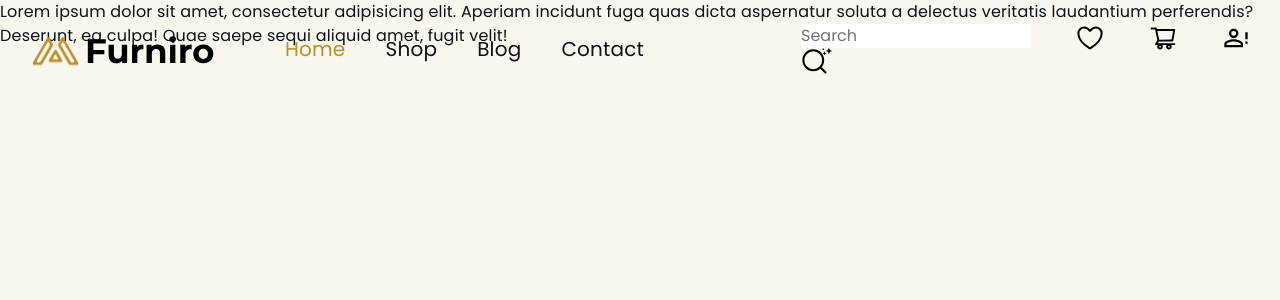
Repository: binhphanbp/furniro-interior_website
Page: index.html
An editor plug-in stored every save of this project. The page is shown before and after the next save, followed by the edit.
The browser window is 1280 px wide. The pictures show the whole page.

Above is the page before, as saved 2025-02-19 23:50:10.

### index.html
<!DOCTYPE html>
<html lang="en">
  <head>
    <meta charset="UTF-8" />
    <meta name="viewport" content="width=device-width, initial-scale=1.0" />
    <title>Furniro</title>

    <!-- Favicon -->
    <link rel="shortcut icon" href="./icons/favicon.ico" type="image/x-icon" />
    <link rel="icon" href="./icons/favicon.ico" type="image/x-icon" />

    <!-- Link CSS -->
    <link rel="stylesheet" href="./src/assets/styles/main.css" />
  </head>
  <body class="homepage">
    <!-- PROGRESS BAR -->
    <div class="progress-container">
      <div class="progress-bar"></div>
    </div>

    <!-- HEADER -->

    <header class="header">
      <div class="container">
        <nav class="header__menu">
          <a class="header__logo" href="#">
            <img src="./icons/furniro-logo-type.svg" alt="logo-furniro" />
          </a>
          <ul class="header__menu-list">
            <li>
              <a href="#" class="--active">home</a>
            </li>
            <li>
              <a href="./src/pages/shop.html">shop</a>
            </li>
            <li>
              <a href="./src/pages/blog.html">blog</a>
            </li>
            <li>
              <a href="./src/pages/contact.html">contact</a>
            </li>
          </ul>
        </nav>
        <ul class="header__icons">
          <li class="header__icons-item">
            <input type="text" placeholder="Search" />
            <img src="./icons/icon-search.svg" alt="icon-search" />
          </li>
          <li class="header__icons-item">
            <a href="#">
              <img src="./icons/icon-heart.svg" alt="icon-heart" />
            </a>
          </li>
          <li class="header__icons-item">
            <a href="./src/pages/cart.html">
              <img src="./icons/icon-cart.svg" alt="icon-cart"
            /></a>
          </li>
          <li class="header__icons-item">
            <a href="#">
              <img src="./icons/icon-account-alert.svg" alt="icon-account" />
            </a>
          </li>
        </ul>
      </div>
    </header>

    <!-- MAIN -->
    <main class="main">
      <p>
        Lorem ipsum dolor sit amet, consectetur adipisicing elit. Aperiam
        incidunt fuga quas dicta aspernatur soluta a delectus veritatis
        laudantium perferendis? Deserunt, ea culpa! Quae saepe sequi aliquid
        amet, fugit velit!
      </p>
      <!-- Section Hero -->
      <section class="schero">
        <div class="container"></div>
      </section>

      <!-- Section Menu -->
      <section class="scmenu">
        <div class="container"></div>
      </section>

      <!-- Section Services -->
      <section class="scservices">
        <div class="container"></div>
      </section>

      <!-- Section Delivery -->
      <section class="scdelivery">
        <div class="container"></div>
      </section>

      <!-- Section Our Customers -->
      <section class="sccustomers">
        <div class="container"></div>
      </section>

      <!-- Section Our Blog -->
      <section class="scblog">
        <div class="container"></div>
      </section>
    </main>

    <!-- FOOTER -->
    <footer class="footer">
      <div class="container"></div>
    </footer>

    <!-- JavaScript -->
    <script type="module" src="./src/scripts/main.js"></script>
  </body>
</html>

### src/assets/styles/main.css
/* Reset CSS */
@import './base/reset.css';

/* Font */
@import './base/variables.css';
@import './base/fonts.css';

/* Layouts (General Structure) */
@import './base/layouts.css';

/* Components */
@import './components/header.css';
@import './components/footer.css';
@import './components/components.css';

/* Pages */
@import './pages/home.css';
@import './pages/shop.css';
@import './pages/shop-details.css';
@import './pages/cart.css';
@import './pages/checkout.css';
@import './pages/product-comparison.css';
@import './pages/blog.css';
@import './pages/contact.css';

### src/assets/styles/base/reset.css
* {
  margin: 0;
  padding: 0;
  border: 0;
  font-size: 100%;
  font: inherit;
  vertical-align: baseline;
  box-sizing: border-box;
}
body {
  line-height: 1;
}
ol,
ul {
  list-style: none;
}
blockquote,
q {
  quotes: none;
}
blockquote:before,
blockquote:after,
q:before,
q:after {
  content: '';
  content: none;
}
table {
  border-collapse: collapse;
  border-spacing: 0;
}
img,
object,
embed {
  max-width: 100%;
}

a {
  text-decoration: none;
  outline: 0;
}
strong {
  font-family: db;
}
sub {
  vertical-align: sub;
  font-size: smaller;
}
sup {
  vertical-align: super;
  font-size: smaller;
}

### src/assets/styles/base/variables.css
:root {
  /* Page Setting Variables */
  --max-width-page: 2560px;
  --max-width-container-fluid: 1920px;
  --max-width-container: calc(1236px + calc(var(--gap) * 2));

  --gap: 30px;
  --pd-left-right: 20px;

  /* Color Variables */
  --primary-cl: #b88e2f;
  --primary-cl-hover: #d3ac51;
  --secondary-cl: #fff3e3;
  --tertiary-cl: #f3e9dc;

  --white-page-cl: #f9f6ee;
  --black-cl: #0b1215;

  --gray-dark-cl: #898989;
  --gray-light-cl: #9f9f9f;
  --product-hover: #3a3a3a;

  --red-cl: #e97171;
  --green-cl: #2ec1ac;
  --purple-cl: #816dfa;

  /* Font-size, Line-height, Letter-spacing Variables: */
  --fs-h1: 5.6rem;
  --lh-h1: 6.5rem;
  --ls-h1: 2px;

  --fs-h2: 4rem;
  --lh-h2: 4.8rem;
  --ls-h2: 0.25px;

  --fs-h3: 2.4rem;
  --lh-h3: 2.8rem;
  --ls-h3: 0.1px;

  --fs-text-button: 1.6rem;
  --lh-text-button: 2.4rem;
  --ls-text-button: 0.2px;

  --fs-body: 1.6rem;
  --lh-body: 2.4rem;
  --ls-body: 0.2px;

  /* Fonts: */
  --font-body: ppr;
  --font-body-light: ppl;
  --font-body-medium: ppm;
  --font-body-semibold: ppsb;
  --font-body-bold: ppb;

  /* General Variables */
  --height-header: 100px;
  --height-footer: 505px;
  --height-button: 48px;
  --height-button-medium: 64px;
  --height-button-large: 74px;
  --pd-section: 60px;

  /* Timing Transition Variables: */
  --duration: 0.4s;
  --cubic: cubic-bezier(0.59, 0.29, 0.15, 0.93);
}

### src/assets/styles/base/fonts.css
@font-face {
  font-family: 'ppl';
  src: url('../../fonts/Poppins-Light.woff2') format('woff2'),
    url('../../fonts/Poppins-Light.woff') format('woff');
  font-weight: 300;
  font-style: normal;
  font-display: swap;
}

@font-face {
  font-family: 'ppr';
  src: url('../../fonts/Poppins-Regular.woff2') format('woff2'),
    url('../../fonts/Poppins-Regular.woff') format('woff');
  font-weight: normal;
  font-style: normal;
  font-display: swap;
}

@font-face {
  font-family: 'ppm';
  src: url('../../fonts/Poppins-Medium.woff2') format('woff2'),
    url('../../fonts/Poppins-Medium.woff') format('woff');
  font-weight: 500;
  font-style: normal;
  font-display: swap;
}

@font-face {
  font-family: 'ppsb';
  src: url('../../fonts/Poppins-SemiBold.woff2') format('woff2'),
    url('../../fonts/Poppins-SemiBold.woff') format('woff');
  font-weight: 600;
  font-style: normal;
  font-display: swap;
}

@font-face {
  font-family: 'ppb';
  src: url('../../fonts/Poppins-Bold.woff2') format('woff2'),
    url('../../fonts/Poppins-Bold.woff') format('woff');
  font-weight: bold;
  font-style: normal;
  font-display: swap;
}

### src/assets/styles/base/layouts.css
html {
  font-size: 62.5%;

  scroll-behavior: smooth;

  /* CUSTOM SCROLLBAR */
  /* width */
  ::-webkit-scrollbar {
    width: 10px;
  }
  /* Track */
  ::-webkit-scrollbar-track {
    background: var(--gray-light-cl);
  }
  /* Handle */
  ::-webkit-scrollbar-thumb {
    background: var(--primary-cl);
    border-radius: 40px;
  }
  /* Handle on hover */
  ::-webkit-scrollbar-thumb:hover {
    background: var(--gray-dark-cl);
  }

  /* Custom background-color text selection */
  ::-moz-selection {
    color: var(--white-page-cl);
    background: var(--primary-cl);
  }
  ::selection {
    color: var(--white-page-cl);
    background: var(--primary-cl);
  }
}

body {
  background-color: var(--white-page-cl);
  width: 100%;
  max-width: var(--max-width-page);
  margin: auto;

  color: var(--black-cl);
  font-family: var(--font-body);
  font-size: var(--fs-body);
  line-height: var(--lh-body);
  letter-spacing: var(--ls-body);
}

.container-fluid {
  width: 100%;
  max-width: var(--max-width-container-fluid);
  padding-right: var(--gap);
  padding-left: var(--gap);
  margin-right: auto;
  margin-left: auto;
  position: relative;
}

.container {
  width: 100%;
  max-width: var(--max-width-container);
  padding-right: var(--gap);
  padding-left: var(--gap);
  margin-right: auto;
  margin-left: auto;
  position: relative;
}

.main {
  position: relative;
}

section .ptb {
  padding: var(--pd-section) 0;
}
section .pt {
  padding: var(--pd-section);
}
section .pb {
  padding: var(--pd-section);
}

### src/assets/styles/components/header.css
.header {
  position: absolute;
  top: 0;
  z-index: 3;
  width: 100%;
  max-width: var(--max-width-page);
  height: var(--height-header);
}

.header .container {
  display: flex;
  align-items: center;
  justify-content: space-between;
  height: 100%;
}

.header .header__menu {
  display: flex;
  align-items: center;
  gap: 50px;
}

/* Header Menu */
.header .header__menu .header__menu-list {
  display: flex;
}

.header .header__menu .header__menu-list li a {
  padding: 8px var(--pd-left-right);
  text-transform: capitalize;
  font-size: 2rem;
  color: var(--black-cl);
  text-wrap: nowrap;
  cursor: pointer;

  transition: var(--duration);
  -webkit-transition: var(--duration);
  -moz-transition: var(--duration);
  -ms-transition: var(--duration);
  -o-transition: var(--duration);
}
.header .header__menu .header__menu-list li a:hover,
.header .header__menu .header__menu-list li a.--active {
  color: var(--primary-cl);
}

.header .header__menu .header__menu-list li a::after {
  content: '';
  display: block;
  /* width: calc(100% - calc(var(--padding-lf) * 2)); */
  width: 0;
  height: 2px;
  background-color: var(--primary-cl);
  position: absolute;
  bottom: 0;
  left: 50%;
  transform: translateX(-50%);

  transition: var(--duration);
  -webkit-transition: var(--duration);
  -moz-transition: var(--duration);
  -ms-transition: var(--duration);
  -o-transition: var(--duration);
}
.header .header__menu .header__menu-list li a::after:hover,
.header .header__menu .header__menu-list li a::after.--active {
  width: calc(100% - calc(var(--pd-left-right) * 2));
}

/* Header Icons */
.header .header__icons {
  display: flex;
  gap: 45px;
}

### src/assets/styles/components/components.css
img {
  max-width: 100%;
  -webkit-user-select: none;
  -moz-user-select: none;
  -ms-user-select: none;
  user-select: none;
  display: block;
  outline: 0;
  object-fit: contain;
}

img .--center {
  margin: 0 auto;
  display: block;
}

.--hidden {
  display: none;
}

.--disable-scroll {
  height: 100vh;
  overflow: hidden;
}

/* Progress Bar */
.progress-container {
  position: fixed;
  top: 0;
  left: 0;
  width: 100%;
  height: 5px;
  background: var(--white-page-cl);
}

.progress-bar {
  height: 100%;
  background: var(--primary-cl);
  width: 0%;

  /* Scroll-driven animation */
  animation: grow linear;
  animation-timeline: scroll();
}

@keyframes grow {
  from {
    width: 0%;
  }
  to {
    width: 100%;
  }
}

/* Heading */
.heading {
  font-family: prb;
  color: var(--black-cl);
  text-transform: uppercase;
}
.heading .--h1 {
  font-size: var(--fs-h1);
  line-height: var(--lh-h1);
  letter-spacing: var(--ls-h1);
}
.heading .--h2 {
  font-size: var(--fs-h2);
  line-height: var(--lh-h2);
  letter-spacing: var(--ls-h2);
}
.heading .--h3 {
  font-size: var(--fs-h3);
  line-height: var(--lh-h3);
  letter-spacing: var(--ls-h3);
}
.heading .--primary-cl {
  color: var(--primary-cl);
}
.heading .--gray-light-cl {
  color: var(--gray-light-cl);
}

.textbutton {
  font-family: var(--font-body-semibold);
  font-size: var(--fs-text-button);
  line-height: var(--lh-text-button);
  letter-spacing: var(--ls-text-button);
}
/* Textbox */
.textbox .--align-center {
  text-align: center;
}

.textbox .desc {
  margin-top: 10px;
  color: var(--gray-dark-cl);
}

/* BUTTON */
.btn {
  display: inline-flex;
  align-items: center;
  justify-content: center;
  gap: 10px;
  padding: 0 36px;

  height: var(--height-button);
  font-family: var(--font-body-semibold);
  border: var(--primary-cl) solid 1px;
  background-color: var(--primary-cl);
  color: var(--white-page-cl);

  white-space: nowrap;
  cursor: pointer;
  transition: var(--duration);
  -webkit-transition: var(--duration);
  -moz-transition: var(--duration);
  -ms-transition: var(--duration);
  -o-transition: var(--duration);
}
.btn:hover {
  border: var(--white-page-cl) solid 1px;
  background-color: var(--primary-cl);
  color: var(--primary-cl);
}

.btn .--large {
  height: var(--height-button-large);
  padding: 0 72px;

  font-family: var(--font-body-bold);
  text-transform: uppercase;
}

.btn .--stroke {
  height: 48px;
  padding: 0 78px;
  background-color: transparent;
  color: var(--primary-cl);
  stroke: 1px solid var(--primary-cl);
}
.btn .--stroke:hover {
  background-color: var(--primary-cl);
  color: var(--white-page-cl);
}

.btn .--stroke-black {
  height: 48px;
  padding: 0 48px;
  background-color: transparent;
  color: var(--black-cl);
  stroke: 1px solid var(--black-cl);
}
.btn .--stroke-black:hover {
  background-color: var(--black-cl);
  color: var(--white-page-cl);
}

/* Button Pagination */
.btn-pagination {
  height: 60px;
  padding: 0 27px;

  background-color: var(--secondary-cl);
  color: var(--black-cl);
}
.btn-pagination:hover {
  background-color: var(--primary-cl-hover);
  color: var(--white-page-cl);
}
.btn-pagination .--active {
  background-color: var(--primary-cl);
  color: var(--white-page-cl);
}

Loaded but not shown: src/scripts/main.js (no stored copy; drawn as an empty file); src/assets/styles/components/footer.css (no stored copy; drawn as an empty file); src/assets/styles/pages/home.css (no stored copy; drawn as an empty file); src/assets/styles/pages/shop.css (no stored copy; drawn as an empty file); src/assets/styles/pages/shop-details.css (no stored copy; drawn as an empty file); src/assets/styles/pages/cart.css (no stored copy; drawn as an empty file); src/assets/styles/pages/checkout.css (no stored copy; drawn as an empty file); src/assets/styles/pages/product-comparison.css (no stored copy; drawn as an empty file); src/assets/styles/pages/blog.css (no stored copy; drawn as an empty file); src/assets/styles/pages/contact.css (no stored copy; drawn as an empty file)

After the next save:
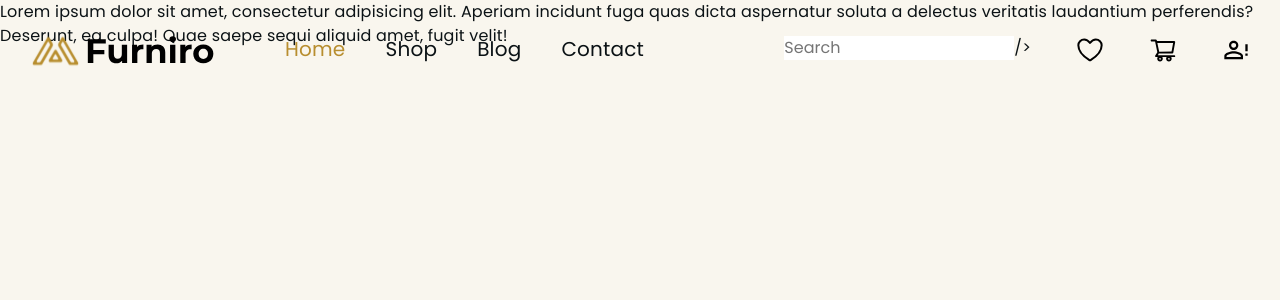
Saved 15 s later.
--- a/index.html
+++ b/index.html
@@ -43,8 +43,13 @@
         </nav>
         <ul class="header__icons">
           <li class="header__icons-item">
-            <input type="text" placeholder="Search" />
-            <img src="./icons/icon-search.svg" alt="icon-search" />
+            <input
+              type="text"
+              placeholder="Search"
+              <img
+              src="./icons/icon-search.svg"
+              alt="icon-search"
+            />/>
           </li>
           <li class="header__icons-item">
             <a href="#">
